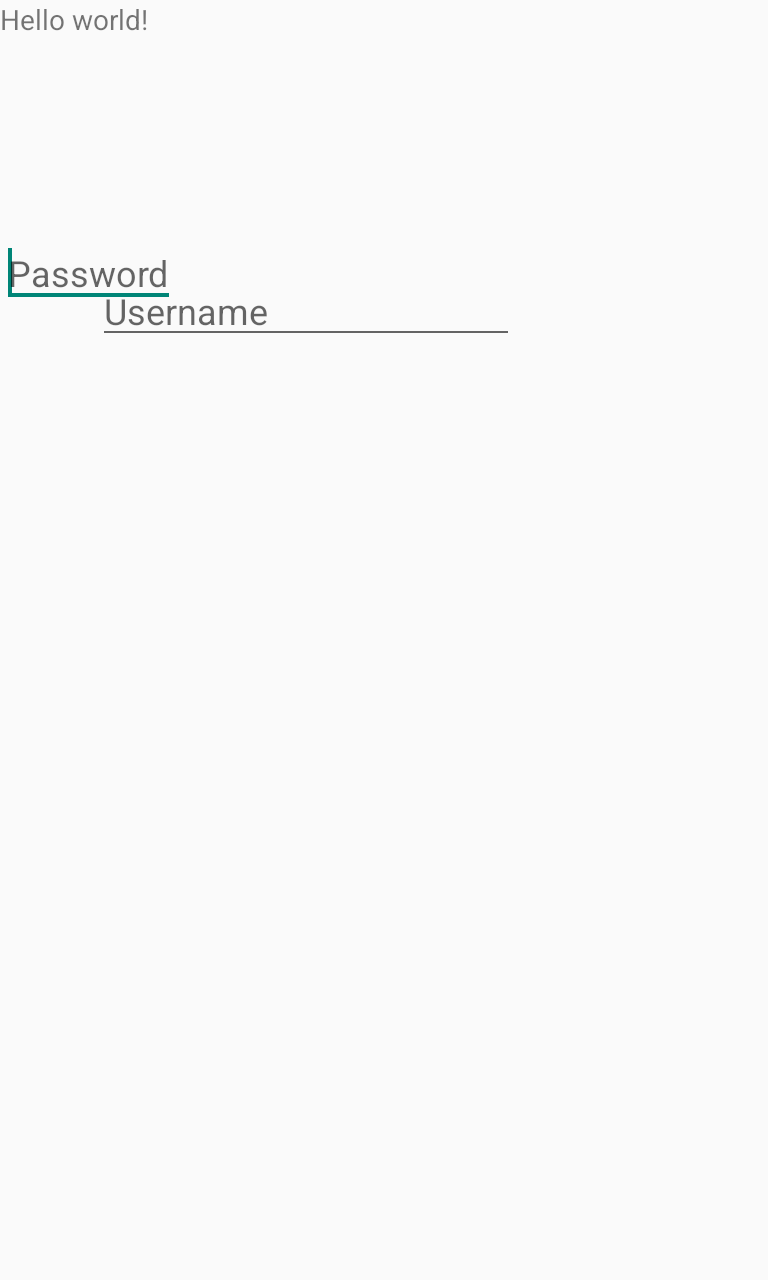
Repository: LogInc/oscar_app
Layout: Android/Oscar/res/layout/activity_login.xml
The author's editor kept a copy of each file at every save. The layout is drawn from the files as they stood at one save, then again after the next save.
It is drawn on a 768 x 1280 px phone screen (xhdpi) without system bars, with theme AppTheme; the app's code is not run.

Above is the layout before, as saved 2015-02-19 12:53:11.

### Android/Oscar/res/layout/activity_login.xml
<RelativeLayout xmlns:android="http://schemas.android.com/apk/res/android"
    xmlns:tools="http://schemas.android.com/tools"
    android:layout_width="match_parent"
    android:layout_height="match_parent"
    tools:context="${relativePackage}.${activityClass}" >

    <TextView
        android:id="@+id/textView1"
        android:layout_width="wrap_content"
        android:layout_height="wrap_content"
        android:text="@string/hello_world" />

    <EditText
        android:layout_width="wrap_content"
        android:layout_height="wrap_content"
        android:layout_alignParentLeft="true"
        android:layout_below="@+id/textView1"
        android:layout_marginLeft="48dp"
        android:layout_marginTop="114dp"
        android:ems="10"
        android:hint="@string/Username" />

        <EditText
        android:layout_width="wrap_content"
        android:layout_height="wrap_content"
        android:layout_marginTop="114dp"
        android:hint="@string/Password" >

        <requestFocus />
    </EditText>

</RelativeLayout>

### Android/Oscar/res/values/strings.xml
<?xml version="1.0" encoding="utf-8"?>
<resources>

    <string name="app_name">Oscar</string>
    <string name="title_activity_login">Login</string>
    <string name="hello_world">Hello world!</string>
    <string name="Password">Password</string>
    <string name="Username">Username</string>

</resources>

Loaded but not shown: Android/Oscar/res/values/styles.xml (common file); Android/Oscar/res/values-v11/styles.xml (common file); Android/Oscar/res/values-v14/styles.xml (common file)

After the next save:
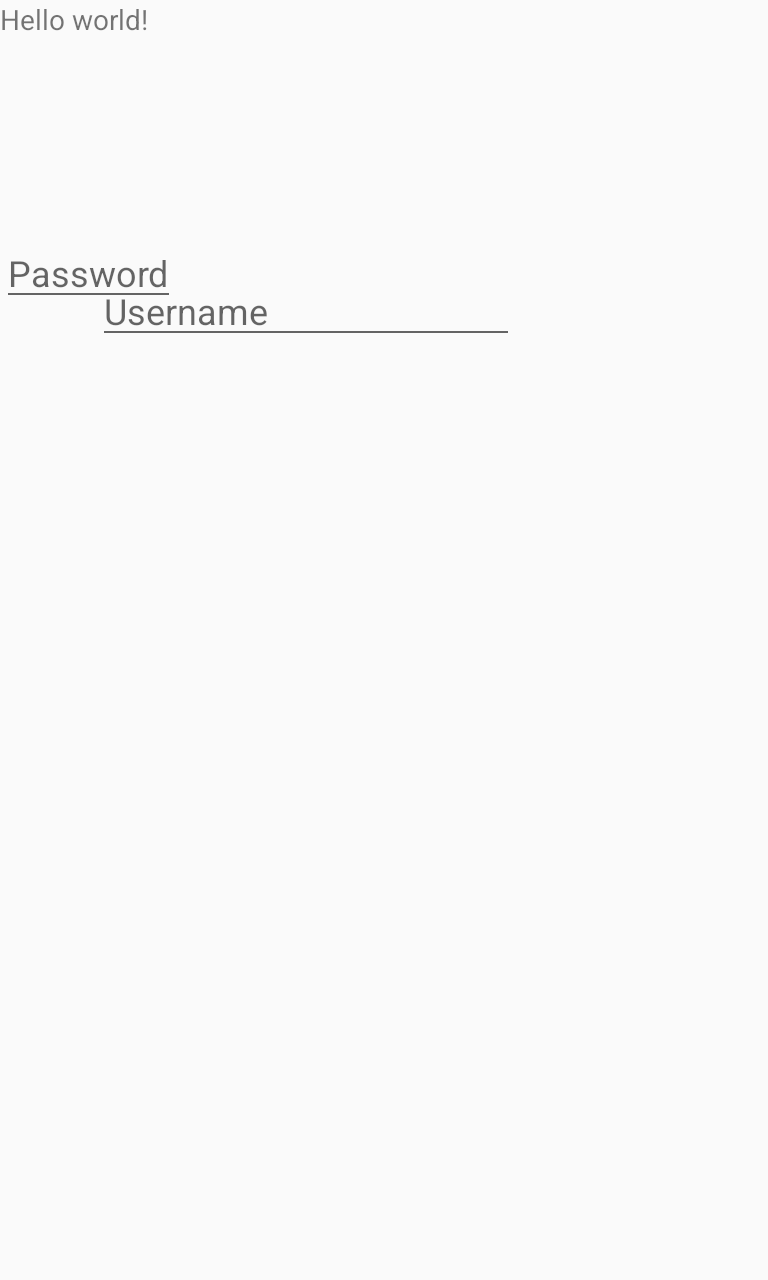
Saved 23 s later.
--- a/Android/Oscar/res/layout/activity_login.xml
+++ b/Android/Oscar/res/layout/activity_login.xml
@@ -24,9 +24,8 @@
         android:layout_width="wrap_content"
         android:layout_height="wrap_content"
         android:layout_marginTop="114dp"
-        android:hint="@string/Password" >
+        android:hint="@string/Password" />
 
-        <requestFocus />
-    </EditText>
+
 
 </RelativeLayout>
